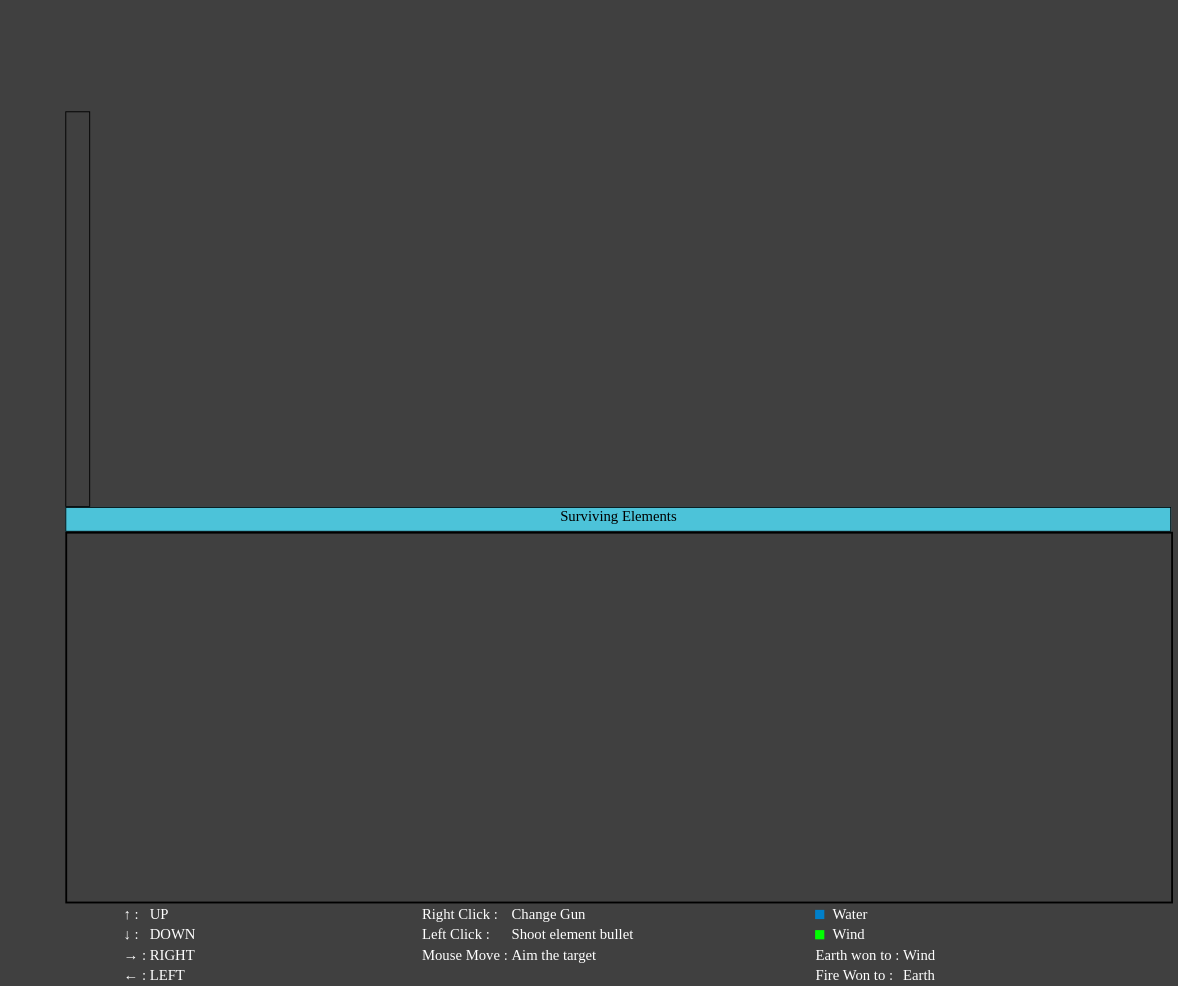
Repository: Pabloitto/Surviving-elements
Page: Surviving-Elements/index.html
The author's editor kept a record of every edit. The page is drawn from the files as they stood at one moment, then again after the next edit.
The browser window is 1280 px wide. The pictures show the whole page, at 92% of full size.

Above is the page before.
Console error: ReferenceError: Shape is not defined

### Surviving-Elements/index.html
<!DOCTYPE html>
<html>
<head>
  <meta charset="utf-8">
  <title>Surviving Elements</title>
  <link rel="stylesheet" type="text/css" href="css/styles.css">
</head>
<body>
  <div align="center"></div>
    <div id="divGame">
   		<div class="elements" style="height:100px;">
    		<div style="margin-left:46%;height:20px;width:100px;">
    		  <span id="current"></span><label id="nameElement" class="name"></label>
    		</div>
    		<div id="score"></div>
    		<div id="time"></div>
    		<div id="txtlevel"></div>
    		<div id="txtenemies"></div>
     	</div>
     	<div class="center">
       	<canvas id="progresscanvas" class="progresscanvas"></canvas>
  			<div class="top">Surviving Elements</div>
        <canvas id="canvas" class="maincanvas" style="border:2px solid #000000;"></canvas>
        <div class="controls center">
          <table style="float:left">
            <tr>
              <td>↑ : </td><td>UP</td>
            </tr>
            <tr>
              <td>↓ : </td><td>DOWN</td>
            </tr>
            <tr>
              <td>→ : </td><td>RIGHT</td>
            </tr>
            <tr>
              <td>← : </td><td>LEFT</td>
            </tr>
          </table>
          <table style="float:left;margin-left:25%;">
             <tr>
              <td>Right Click : </td><td>Change Gun</td>
            </tr>
            <tr>
              <td>Left Click : </td><td>Shoot element bullet</td>
            </tr>
            <tr>
              <td>Mouse Move : </td><td>Aim the target</td>
            </tr>
          </table>
            <table style="float:left;margin-left:20%;">
            <tr>
              <td>
                <span id="current" class="Water"></span>
                <label class="name">Water</label>
              </td>
              <td>
                <span class="spriteElements fire"></span>
              </td>
            </tr>
            <tr>
              <td>
                <span id="current" class="Wind"></span>
                <label class="name">Wind</label>
              </td>
              <td>
                <span class="spriteElements fire"></span>
              </td>
            </tr>
            <tr>
              <td>Earth won to : </td><td>Wind</td>
            </tr>
            <tr>
              <td>Fire Won to : </td><td>Earth</td>
            </tr>
          </table>
        </div>
      </div>
    </div>
</body>
<script type="text/javascript" src="core/main.js"></script>
<script type="text/javascript" src="dom/domtools.js"></script>
<script type="text/javascript" src="collitions/collitionTools.js"></script>
<script type="text/javascript" src="core/utils/imagesfactory.js"></script>
<script type="text/javascript" src="core/utils/soundsfactory.js"></script>
<script type="text/javascript" src="listeners/keyevent.js"></script>
<script type="text/javascript" src="listeners/mouseevent.js"></script>
<script type="text/javascript" src="models/shape.js"></script>
<script type="text/javascript" src="models/progressbar.js"></script>
<script type="text/javascript" src="models/bg.js"></script>
<script type="text/javascript" src="models/particle.js"></script>
<script type="text/javascript" src="models/explosion.js"></script>
<script type="text/javascript" src="models/element.js"></script>
<script type="text/javascript" src="models/cursor.js"></script>
<script type="text/javascript" src="models/bullet.js"></script>
<script type="text/javascript" src="models/energybar.js"></script>
<script type="text/javascript" src="models/hero.js"></script>
<script type="text/javascript" src="models/enemy.js"></script>
<script type="text/javascript" src="core/game.js"></script>
<script type="text/javascript" src="painters/herodrawable.js"></script>
<script type="text/javascript" src="painters/explosiondrawable.js"></script>
<script type="text/javascript" src="painters/bulletdrawable.js"></script>
<script type="text/javascript" src="painters/energybardrawable.js"></script>
<script type="text/javascript" src="painters/enemydrawable.js"></script>
<script type="text/javascript" src="painters/backgrounddrawable.js"></script>
<script type="text/javascript" src="painters/progressbardrawable.js"></script>
</html>

### Surviving-Elements/css/styles.css
canvas {cursor: none;}
body{
	background-color:#404040;
}
.Water{
	background-color: #0180CA;
	height:10px;
	width:10px;
}
.Ground{
	background-color: #655619;
	height:10px;
	width:10px;
}
.Wind{
	background-color: #00FF00;
	height:10px;
	width:10px;
}
.Fire{
	background-color: #CA0F01;
	height:10px;
	width:10px;
}
.fire { width: 20px; height: 20px; background-position: 0px 0px; }
.rock { width: 20px; height: 20px; background-position: -20px 0px; }
.water { width: 20px; height: 20px; background-position: -40px 0px; }
.wind { width: 20px; height: 20px; background-position: -60px 0px; }
.center{
	margin-top:1%;
	margin-left:5%;
}
.elements{
	text-align: center;
}
.maincanvas{
	float:left;
	width:1200px;
	height:400px;
}
.progresscanvas{
	border:solid 1px;
	float:left;
	width:25px;
	height:428px;
}
.top{
	border:solid 1px;
	background-color:#4CC3D9;
	text-align: center;
	float:left;
	width:1200px;
	height:25px;
}
.elements > div{
	color:white;
}
.controls{
	width:80%;
	color:white;
}
#current{
	display: inline-block;
}
.name{
	padding-left:5%;
}
.spriteElements {
	background-image: url('../resources/img/sprite_elements.png');
	background-color: transparent; background-repeat: no-repeat;
	height:20px;
}

### Surviving-Elements/core/main.js
window.$ = {};
$.es = '';
$.elements= ['Water','Ground','Fire','Wind'];
$.PI2 = Math.PI * 2;
window.onload = function(){
    $.Game();
};

### Surviving-Elements/collitions/collitionTools.js
$.intersect = function(a,b){
    return (Math.abs(a.x - b.x) < (a.width + b.width) / 2) &&
        	(Math.abs(a.y - b.y) < (a.height + b.height) / 2);
};
$.intersectWithArray = function(o,elements){
    var r = 0;
	for (var i = 0; i < elements.length; i++) {
		if($.intersect(o,elements[i])){
			r = {e : elements[i] , i : i};
			break;
		}
	}
	return r;
};

### Surviving-Elements/core/utils/soundsfactory.js
$.SoundsFactory=(function(){
    var path = 'resources/sounds/',
        ext = '.wav',
        loaded = {};

    function play(name,loop){
        var audio = null;
        if(!loaded[name + ext]){
            audio = new Audio(path + name + ext);
            loaded[name + ext] = audio;
        }else{
            audio = loaded[name + ext];
        }
        if(loop){
            audio.loop = true;
        }
        audio.play();
    }
    function stop(name){
        var audio = loaded[name + ext];
        if(audio){
            audio.pause();
            audio.currentTime = 0;
        }
    }
    return {
        play : play,
        stop : stop
    }
}())

### Surviving-Elements/listeners/keyevent.js
$.KEY_CODES = {
        UP : 38,
        DOWN : 40,
        LEFT: 37,
        RIGHT:39,
        R : 114,
        r : 82
};
$.KeyEventListener=function(o){
    var keys = [];

    function init(){
        bindEvents();
    }

    function bindEvents(){
        o.element.addEventListener('keyup',onKeyUp,false);
        o.element.addEventListener('keydown',onKeyDown,false);
    }

    function onKeyDown(e){
		keys[e.keyCode] = 1;
		if(e.keyCode === $.KEY_CODES.r || e.keyCode === $.KEY_CODES.R){
		    o.keyPress();
		}
	}
	function onKeyUp(e){
		keys[e.keyCode] = 0;
	}
    function getKeys(){
        return keys;
    }

    init();

    return {
        getKeys : getKeys
    };
};

### Surviving-Elements/listeners/mouseevent.js
MouseEventListener=function(o){
    function init(){
        bindEvents();
    }

    function bindEvents(){
        o.element.addEventListener('mousemove',onMouseMove,false);
        o.element.addEventListener('mousedown',onMouseClick,false);
        o.element.addEventListener('contextmenu',onOpenContext,false);
    }
    function onMouseMove(e){
		var x = getFixedX(e),
			y = getFixedY(e);
		o.onMouseMove(x,y);
	}
    function onMouseClick(e){
		var x = getFixedX(e),
			y = getFixedY(e);
		o.onClick(x,y,e.button);
	}
	function onOpenContext(event){
        event.preventDefault();
    }
	function getFixedX(e){
		return e.clientX - o.element.offsetLeft;
	}
	function getFixedY(e){
		return e.clientY - o.element.offsetTop;
	}
    init();
};

### Surviving-Elements/models/shape.js
$.Shape = (function () {
	function Shape() {}
	Shape.prototype.speed = 1;
	Shape.prototype.x = 10;
	Shape.prototype.y = 10;
	Shape.prototype.width = 32;
	Shape.prototype.height = 32;
	Shape.prototype.vy = 0;
	Shape.prototype.vx = 0;
	Shape.prototype.id = '';
	Shape.prototype.calculateAngle = function(xTarget , yTarget){
		return Math.atan2(yTarget - this.y, xTarget - this.x) * 180 / Math.PI;
	}
	Shape.prototype.calculateDirection = function(vectors){
		var angle = this.calculateAngle(vectors.target.x,vectors.target.y),
			radians = angle * Math.PI/ 180;
		this.vx = Math.cos(radians) * this.speed;
	    this.vy = Math.sin(radians) * this.speed;
	}
	Shape.prototype.generateId=function(){
		var result='', i, j;
		for(j=0; j<32; j++) {
			if( j == 8 || j == 12|| j == 16|| j == 20){
		    	result = result + '-';
		    }
			i = Math.floor(Math.random()*16).toString(16).toUpperCase();
		    result = result + i;
		}
		return result;
	}
	return Shape;
})();

### Surviving-Elements/models/bg.js
Bg= (function(shape){
	function Bg(w,h){
		this.x = 0;
		this.y = 0;
		this.width = w;
		this.height = h;
		this.spd = 1;
	}
	Bg.prototype = Object.create(shape.prototype);
	Bg.prototype.move = function(k){
		if (k[38]) {
			if(this.y > 0){
				this.y -= this.spd;
			}
	    }
	    if (k[40]) {
	    	if(this.y < this.height){
				this.y += this.spd;
			}
	    }
	    if (k[39]) {
	    	if(this.x < this.width){
				this.x += this.spd;
			}
	    }
	    if (k[37]) {
	    	if(this.x > 0){
				this.x -= this.spd;
			}
	    }
	}
	Bg.prototype.getImage = function(){
		return ImageFactory.getImg('bg');
	}
	return Bg;
})(Shape);

### Surviving-Elements/models/particle.js
$.Particle= (function(shape){
	var moveBy = 10;
	function Particle(cX,cY){
		this.x = cX;
		this.y = cY;
		this.radius = 1.0;
		this.vx = (-this.radius * (moveBy / 2)) + Math.random() * moveBy;
		this.vy = Math.random() * moveBy;
	}
	Particle.prototype = Object.create(shape.prototype);
	Particle.prototype.move = function(){
		this.x += this.vx;
		this.y += this.vy;
		this.radius = Math.max(this.radius - 0.05, 0.0);
	}
	return Particle;
})($.Shape);

### Surviving-Elements/models/explosion.js
$.Explosion = (function(shape){
	function Explosion(){
		this.x = 0;
		this.y = 0;
		this.particles = [];
		this.length = 40;
		this.isExploting = 0;
	}
	Explosion.prototype.explote = function(){
		if(this.isExploting){
			for(var k = 0; k < this.length; k++) {
				this.particles.push(new $.Particle(this.x,this.y));
			}
		}
	};
	Explosion.prototype.create = function(x,y,color){
		this.x = x;
		this.y = y;
		this.color = color;
		this.isExploting = 1;
	};
	return Explosion;
})($.Shape);

### Surviving-Elements/models/element.js
$.Element = function(){
	return {
		getRandomElement : function(){
			var	r = Math.floor(Math.random()*($.elements.length)),
				e = $.elements[r];
			return this.types[e];
		},
		types : {
			Water : {
				name : 'Water',
				color : '#0180CA',
				sprite : $.Sprite.getSprite('sprite_elements',{x : 40 , y : 0})
			},
			Fire : {
				name : 'Fire',
				color : '#CA0F01',
				sprite : $.Sprite.getSprite('sprite_elements',{x : 0 , y : 0})
			},
			Ground : {
				name : 'Ground',
				color : '#655619',
				sprite : $.Sprite.getSprite('sprite_elements',{x : 20 , y : 0})
			},
			Wind :{
				name : 'Wind',
				color : '#00FF00',
				sprite : $.Sprite.getSprite('sprite_elements',{x : 60 , y : 0})
			}
		},
		getWinner:function(e1,e2){
			return {
				'Water' : e2.element.name === 'Fire' ? e1 : null,
				'Fire' : e2.element.name === 'Ground' ? e1 : null,
				'Ground' : e2.element.name === 'Wind' ? e1 : null,
				'Wind' : e2.element.name === 'Water' ? e1 : null
			}[e1.element.name];
		},
		compare:function(e1 , e2){
			if(e1.element.name === e2.element.name){
				return 0;
			}
			switch (e1.element.name) {
				case 'Fire':
					return e2.element.name === 'Ground' ? 1 : -1;
				case 'Water':
					return e2.element.name === 'Fire' ? 1 : -1;
				case 'Ground':
					return e2.element.name === 'Wind' ? 1 : -1;
				case 'Wind':
					return e2.element.name === 'Water' ? 1 : -1;
			}
		}
	}
};

### Surviving-Elements/models/cursor.js
$.Cursor = (function (shape) {
	function Cursor() {
		this.color = '#614126';
	}
	Cursor.prototype = Object.create(shape.prototype);
	Cursor.prototype.move = function(e){
		this.x = e.x;
		this.y = e.y;
	};
	Cursor.prototype.getImage = function(){
		return $.ImageFactory.getImg('pointer');
	};
	return Cursor;
})($.Shape);

### Surviving-Elements/models/bullet.js
$.Bullet = (function (shape) {
	var vectors = null;
	function Bullet(v) {
		vectors = v;
		this.speed = 50;
		this.x = vectors.origin.x;
		this.y = vectors.origin.y;
		this.size = 3;
		this.element = $.es;
		this.color = this.element.color;
		this.calculateDirection(vectors);
	}
	Bullet.prototype = Object.create(shape.prototype);
	Bullet.prototype.move = function(){
		this.x += this.vx;
		this.y += this.vy;
	};
	return Bullet;

})($.Shape);

### Surviving-Elements/models/energybar.js
$.EnergyBar = (function (shape) {
	function EnergyBar(model) {
		this.x = model.x;
		this.y = model.y - (this.height * 4);
		this.width = (model.health) * 10;
		this.height = 5;
		this.strokeColor = "black";
		this.fillColor = "red";
	}
	EnergyBar.prototype = Object.create(shape.prototype);
	EnergyBar.prototype.move = function(model){
		this.x = model.x;
		this.y = model.y - (this.height * 4);
	};
	return EnergyBar;
})($.Shape);

### Surviving-Elements/models/hero.js
$.Hero = (function (shape) {
	function Hero(pX , pY) {
		this.x = pX / 2;
		this.y = pY / 2;
		this.health = 5;
		this.bullets = [];
		this.spd = 5;
		this.angle = 0;
		this.frame = 1;
		this.underFire = 0;
		this.cH=pY;
		this.cW=pX;
		this.energybar = new $.EnergyBar(this);
	}
	Hero.prototype = Object.create(shape.prototype);
	Hero.prototype.shot = function(e){
		this.frame = 0;
		var bullet = new $.Bullet({
			origin : {x : this.x + (this.width / 2) , y : this.y + (this.height / 2)},
			target : {x : e.x , y : e.y}
		});
		if(this.bullets.length === 0){
			this.underFire = 1;
			this.bullets.push(bullet);
		}
	};
	Hero.prototype.getImage = function(){
		return $.ImageFactory.getImg('sprites');
	};
	Hero.prototype.move = function(k,cb){
		if (k[$.KEY_CODES.UP]) {
			if((this.y - this.height / 2) > 0){
				this.y -= this.spd;
				if(!this.underFire){
					this.updateFrame();
				}
			}
	    }
	    if (k[$.KEY_CODES.DOWN]) {
	    	if(this.y < (this.cH - this.height / 2)){
				this.y += this.spd;
				if(!this.underFire){
					this.updateFrame();
				}
	    	}
	    }
	    if (k[$.KEY_CODES.RIGHT]) {
	    	if(this.x < (this.cW - this.width / 2)){
				this.x += this.spd;
				if(!this.underFire){
					this.updateFrame();
				}
	    	}
	    }
	    if (k[$.KEY_CODES.LEFT]) {
	    	if((this.x - this.width / 2) > 0){
				this.x -= this.spd;
				if(!this.underFire){
					this.updateFrame();
				}
	    	}
	    }
	    if(!k[$.KEY_CODES.UP] && !k[$.KEY_CODES.DOWN]&& !k[$.KEY_CODES.LEFT] && !k[$.KEY_CODES.RIGHT]){
	    	if(!this.underFire){
	    		this.frame = 1;
	    	}
	    }else{
	    	cb(k);
	    }
	    this.energybar.move(this);
	};
	Hero.prototype.isAlive = function(){
		return this.health > 0;
	};
	Hero.prototype.updateFrame = function(){
		this.frame = this.frame <= 2 ? this.frame + 1 : 1;
	}
	return Hero;
})($.Shape);

### Surviving-Elements/models/enemy.js
$.Enemy = (function(shape){
	function Enemy(v){
		this.vectors = v;
		this.x = this.vectors.origin.x;
		this.y = this.vectors.origin.y;
		this.element = new $.Element().getRandomElement();
		this.sprite = this.element.sprite;
		this.color = this.element.color;
		this.health = 0;
		this.speed = 1;
		this.maxHealth = 5;
		this.calculateDirection(this.vectors);
		this.id = this.generateId();
		this.isInCollision = 0;
		this.energybar = new $.EnergyBar(this);
		this.width = 20;
		this.height = 20;
	}
	Enemy.prototype = Object.create(shape.prototype);
	Enemy.prototype.move = function(oposite){
		if(this.isInCollision && oposite){
			this.vx = -this.vx;
			this.vy = -this.vy;
		}
		this.x += this.vx;
		this.y += this.vy;
		this.energybar.move(this);
	}
	Enemy.prototype.hurt = function(){
		this.health-=1;
	}
	Enemy.prototype.powerup = function(e){
		this.speed += 0.1;
		if(this.health < this.maxHealth){
			this.health += 1;
		}
	}
	Enemy.prototype.isAlive = function(){
		return this.health > 0;
	}
	return Enemy;
})($.Shape);

### Surviving-Elements/painters/herodrawable.js
$.HeroDrawable = function(h){
    var hero;
    function init(){
        hero = h;
    }
    function draw(ctx){
        var sprite = hero.getSprite();
		ctx.save();
		ctx.clearRect(0, 0, hero.cW, hero.cW);
		ctx.translate(hero.x, hero.y);
		ctx.rotate(hero.angle * Math.PI/180);
		ctx.drawImage(sprite.image,
		        sprite.pos.x,
				sprite.pos.y,
				hero.width,
           		hero.height,
				-(hero.width/2),
				-(hero.height/2),
				hero.width,
           		hero.height);
		ctx.restore();
    }
    init();
    return {
        draw: draw
    }
};

### Surviving-Elements/painters/energybardrawable.js
$.EnergyBarDrawable = function(b){
    var bar;
    function init(){
        bar = b;
    }
    function draw(ctx,life){
        ctx.beginPath();
        ctx.strokeStyle = bar.strokeColor;
        ctx.rect(bar.x,bar.y,bar.width,bar.height);
        ctx.stroke();
        ctx.closePath();

        ctx.beginPath();
        ctx.fillStyle = bar.fillColor;
        ctx.fillRect(bar.x,bar.y,(life || 1) * 10 ,bar.height);
        ctx.closePath();
    }
    init();
    return {
        draw: draw
    }
};

### Surviving-Elements/painters/enemydrawable.js
$.EnemyDrawable = function(e){
    var enemy;
    function init(){
        enemy = e;
    }
    function draw(ctx){
        ctx.drawImage(enemy.sprite.image,
				enemy.sprite.pos.x,
				enemy.sprite.pos.y,
				enemy.width,
           		enemy.height,
				enemy.x,
				enemy.y,
				enemy.width,
           		enemy.height);
    }
    init();
    return {
        draw: draw
    }
};

### Surviving-Elements/painters/backgrounddrawable.js
$.BgDrawable = function(bg){
    var background;
    function init(){
        background = bg;
    }
    function draw(ctxBg,cW,cH){
       var img = background.getImage(),w=0,h =0;
	    for (; w<cW; w += background.width) {
	        for (;h<cH; h += background.height) {
	            ctxBg.drawImage(img, (w + background.x) - background.width , h + background.y);
	        }
	    }
		for (w=0; w<cW;w+=background.width) {
	        for (h=0; h < cH; h += background.height) {
	            ctxBg.drawImage(img, w + background.x, h + background.y);
	        }
	    }
	    for (w=0;w < cW; w += background.width) {
	        for (h=0; h < cH; h += background.height) {
	            ctxBg.drawImage(img, w + background.x, (h + background.y) - background.height);
	        }
	    }

    }
    init();
    return {
        draw: draw
    }
};

### Surviving-Elements/painters/progressbardrawable.js
$.ProgressBarDrawable = function(p){
    var pb;
    function init(){
        pb = p;
    }
    function draw(ctx, totalEnemies , countEnemies){
        ctx.fillStyle="#F16745";
        ctx.fillRect(pb.x,pb.y,pb.width,pb.height);
        var partial = (countEnemies * pb.height) / totalEnemies;
        ctx.fillStyle="#7BC8A4";
        ctx.fillRect(pb.x ,pb.width / 2,pb.width,-partial);
    }
    init();
    return {
        draw: draw
    }
};

Loaded but not shown: Surviving-Elements/core/game.js (297 lines, source omitted); Surviving-Elements/core/utils/imagesfactory.js (no copy from this time; the picture is the same without it); Surviving-Elements/dom/domtools.js (no copy from this time; the picture is the same without it); Surviving-Elements/models/progressbar.js (no copy from this time; the picture is the same without it); Surviving-Elements/painters/bulletdrawable.js (no copy from this time; the picture is the same without it); Surviving-Elements/painters/explosiondrawable.js (no copy from this time; the picture is the same without it)

After the next edit:
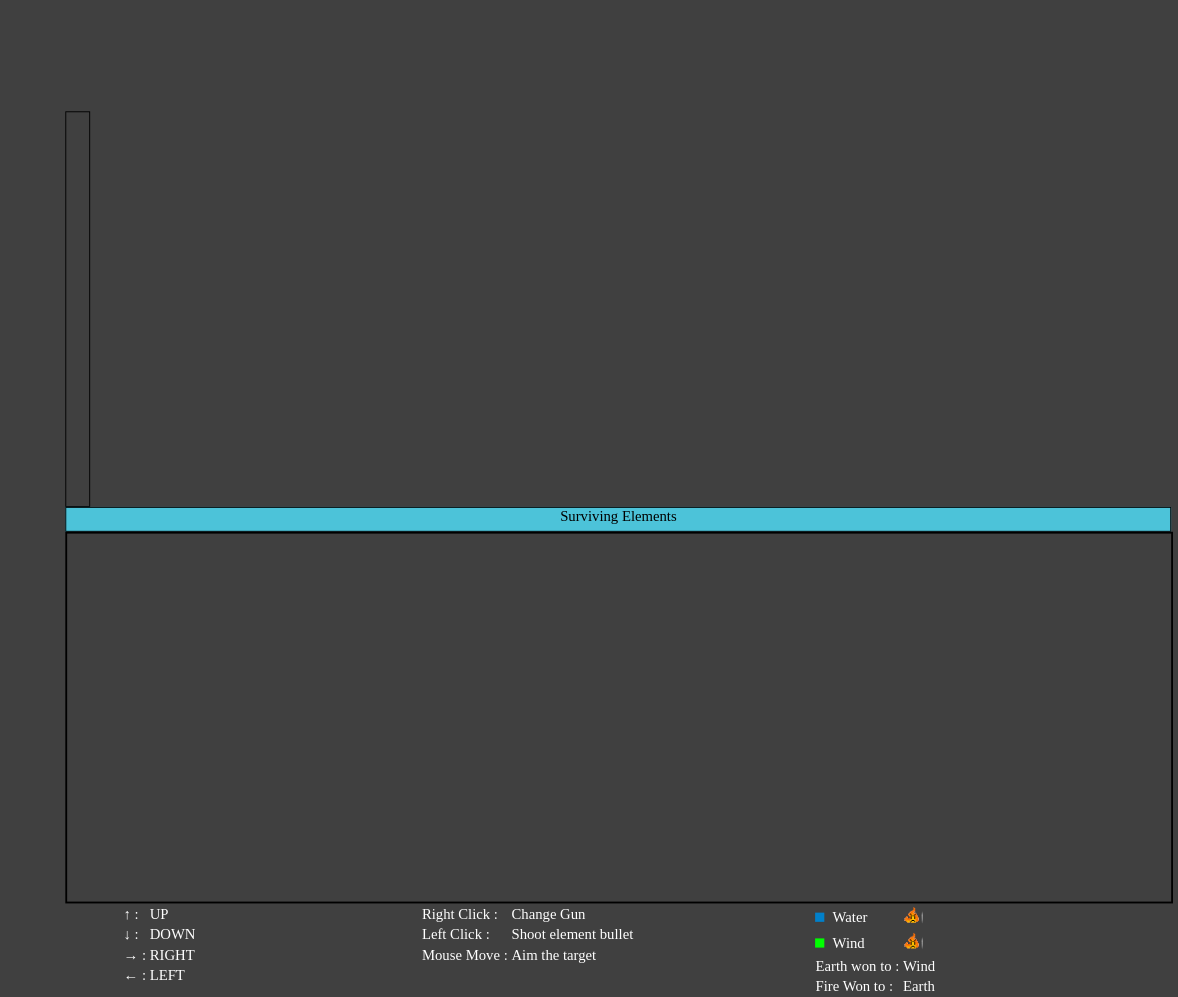
The edit:
--- a/Surviving-Elements/css/styles.css
+++ b/Surviving-Elements/css/styles.css
@@ -22,10 +22,10 @@
 	height:10px;
 	width:10px;
 }
-.fire { width: 20px; height: 20px; background-position: 0px 0px; }
-.rock { width: 20px; height: 20px; background-position: -20px 0px; }
-.water { width: 20px; height: 20px; background-position: -40px 0px; }
-.wind { width: 20px; height: 20px; background-position: -60px 0px; }
+.fire { display: inline-block;padding-left:4%;width: 20px; height: 20px; background-position: 0px 0px; }
+.rock { display: inline-block;padding-left:4%;width: 20px; height: 20px; background-position: -20px 0px; }
+.water { display: inline-block;padding-left:4%;width: 20px; height: 20px; background-position: -40px 0px; }
+.wind { display: inline-block;padding-left:4%;width: 20px; height: 20px; background-position: -60px 0px; }
 .center{
 	margin-top:1%;
 	margin-left:5%;
